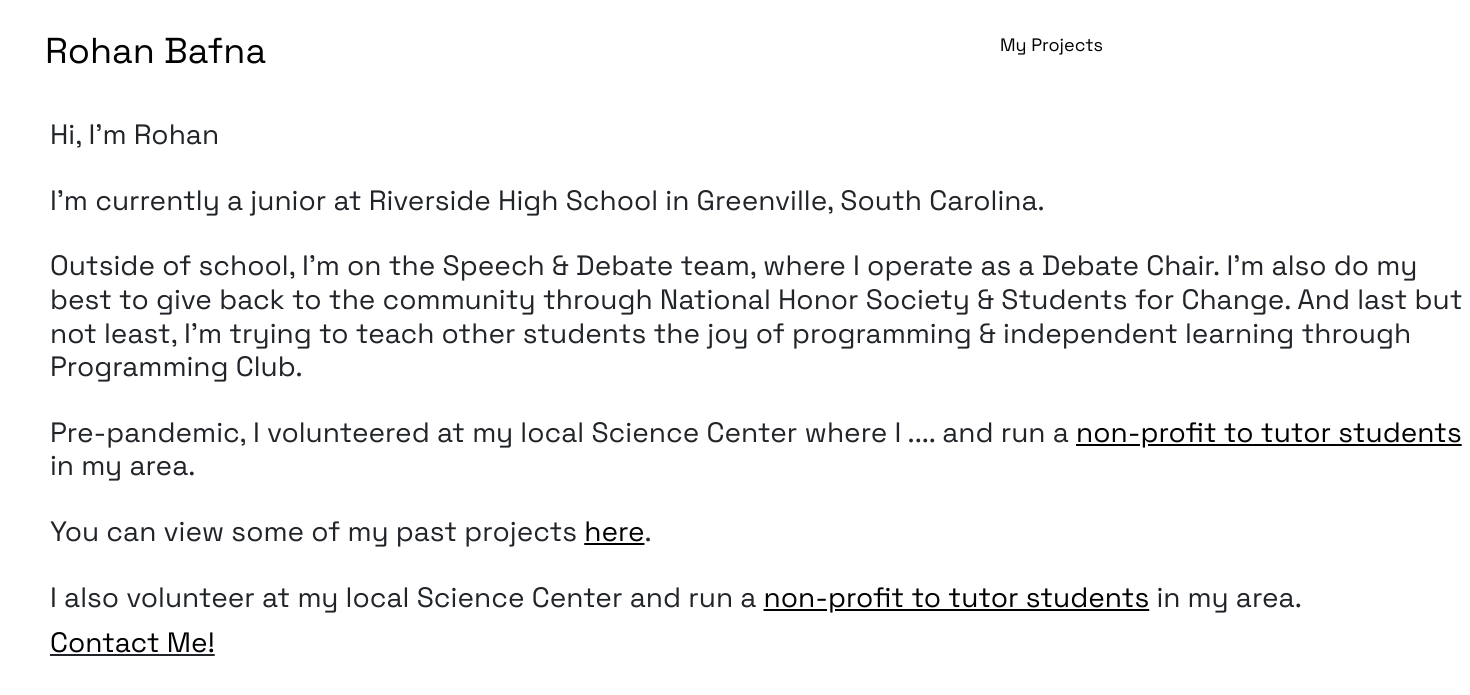
Repository: rbafna6507/rbafna6507.github.io
Page: index.html
The author's editor kept a copy of each file at every save. The page is drawn from the files as they stood at one save, then again after the next save.
The browser window is 1280 px wide. The page is 1470 px wide, so the pictures cover 1470 px, including what lies to the right of the window. The pictures show the whole page.

Above is the page before, as saved 2020-12-20 22:15:12.

After the next save:
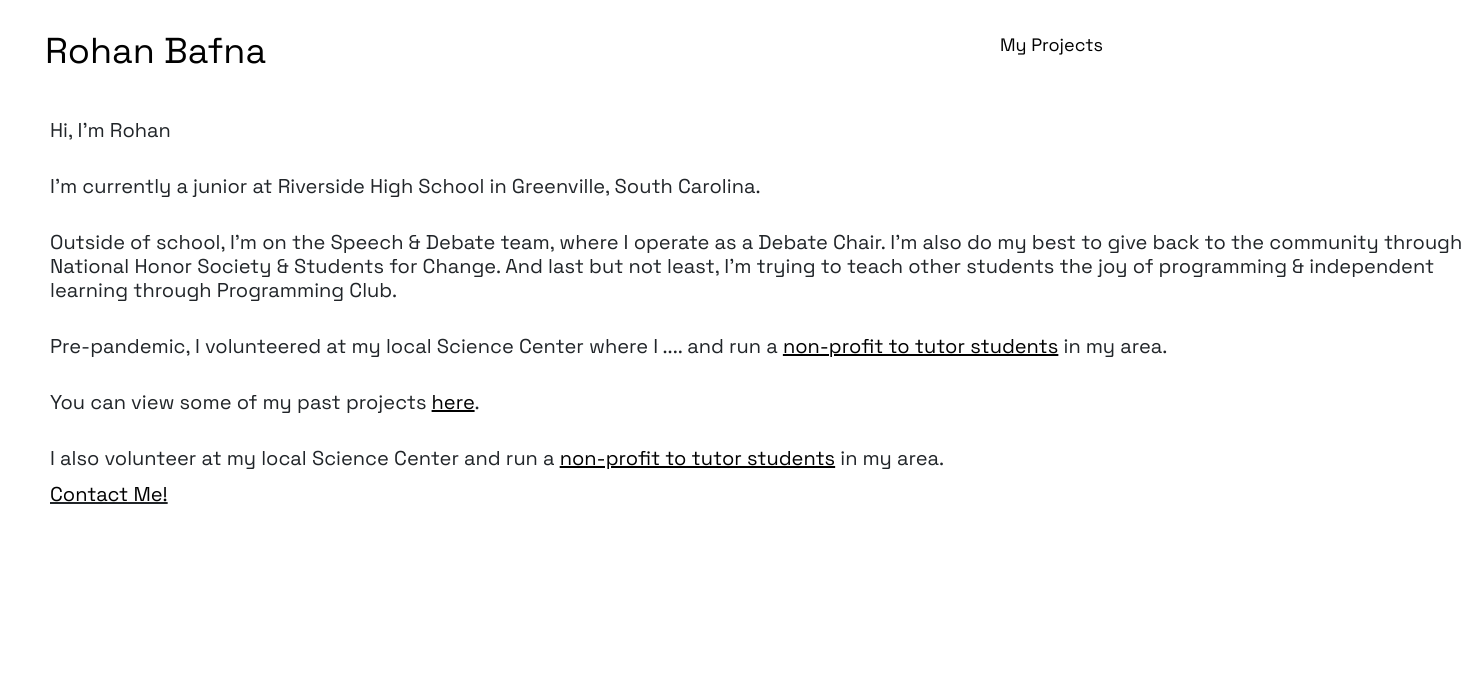
Saved 10 s later.
--- a/index.html
+++ b/index.html
@@ -24,23 +24,23 @@
         </header>
       </div>
 <div class= "aboutme">
-        <h3>Hi, I'm Rohan</h3>
+        <h5>Hi, I'm Rohan</h5>
             <br>
-        <h3>I'm currently a junior at Riverside High School in Greenville, South Carolina.</h3>
+        <h5>I'm currently a junior at Riverside High School in Greenville, South Carolina.</h5>
             <br>
-        <h3>Outside of school, I'm on the Speech & Debate team, where I operate as a Debate Chair. I'm also do my best to give back to the community through National Honor Society & Students for Change. And last but not least, I'm trying to teach other students the joy of programming & independent learning through Programming Club.</h3>
+        <h5>Outside of school, I'm on the Speech & Debate team, where I operate as a Debate Chair. I'm also do my best to give back to the community through National Honor Society & Students for Change. And last but not least, I'm trying to teach other students the joy of programming & independent learning through Programming Club.</h5>
             <br>
-            <h3>Pre-pandemic, I volunteered at my local Science Center where I .... and run a <a href = "scolare.org" target = "_blank"><u>non-profit to tutor students</u></a> in my area.</h3>
+            <h5>Pre-pandemic, I volunteered at my local Science Center where I .... and run a <a href = "scolare.org" target = "_blank"><u>non-profit to tutor students</u></a> in my area.</h5>
             <br>
-        <h3>You can view some of my past projects <a href = "projects.html"><u>here</u></a>.</h3>
+        <h5>You can view some of my past projects <a href = "projects.html"><u>here</u></a>.</h5>
             <br>
-        <h3>I also volunteer at my local Science Center and run a <a href = "scolare.org" target = "_blank"><u>non-profit to tutor students</u></a> in my area.</h3>
+        <h5>I also volunteer at my local Science Center and run a <a href = "scolare.org" target = "_blank"><u>non-profit to tutor students</u></a> in my area.</h5>
     </div>
 </body>
 <footer>
     <div id= "contactme">
         <br>
-        <h3><a href= "mailto:rbafna6507@gmail.com?subject=Hello!" target= "_blank">Contact Me!</a></h3>
+        <h5><a href= "mailto:rbafna6507@gmail.com?subject=Hello!" target= "_blank">Contact Me!</a></h5>
     </div>
 </footer>
 </html>
